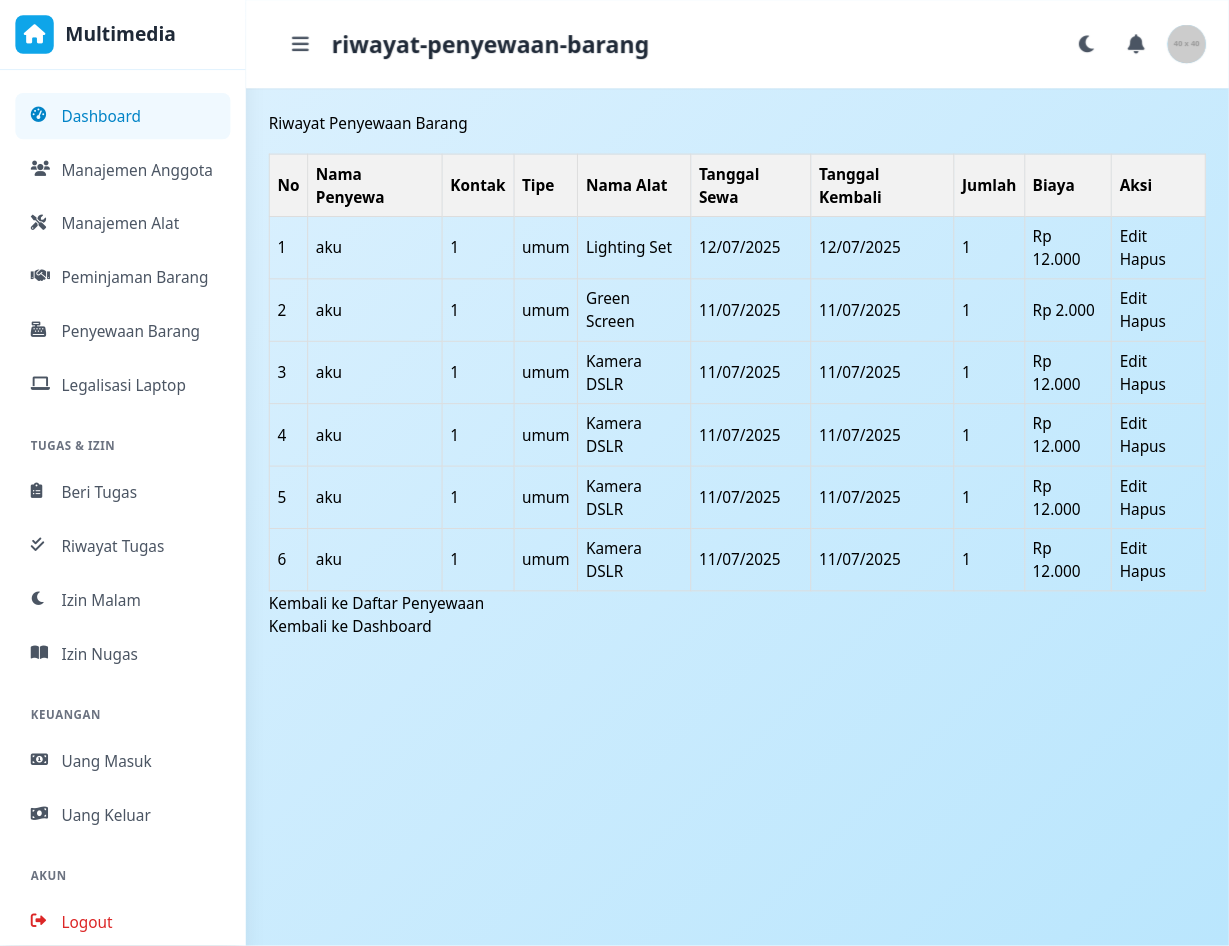
Repository: fatkquladhim/multimedia_app
Page: http://localhost/admin/penyewaan/riwayat-penyewaan-barang.php
An editor plug-in stored every save of this project. The page is shown before and after the next save, followed by the edit.
The browser window is 1280 px wide. The pictures show the whole page, at 96% of full size.
Some web libraries are served in a nearby version. The page is run by PHP 8.4 with error messages shown; the project is at /var/www/html/. The session is filled in as if someone had signed in: {"user_id": 2, "username": "asep", "role": "admin"}. Other server files are loaded and not shown. The database holds what the project's SQL file puts in it.

Above is the page before, as saved 2025-07-18 23:40:15.
Console error: TypeError: Cannot read properties of null (reading 'value')

### admin/penyewaan/riwayat-penyewaan-barang.php
<?php
session_start();
if (!isset($_SESSION['user_id']) || $_SESSION['role'] !== 'admin') {
    header('Location: ../../auth/login.php');
    exit;
}

require_once '../../includes/db_config.php';
$conn = new mysqli(DB_HOST, DB_USER, DB_PASS, DB_NAME);

// Ambil riwayat penyewaan
$query = "SELECT sb.*, a.nama as nama_anggota, al.nama_alat as nama_alat,
          CASE
              WHEN sb.tipe_penyewa = 'umum' THEN sb.nama_penyewa
              ELSE a.nama
          END as nama_penyewa,
          CASE
              WHEN sb.tipe_penyewa = 'umum' THEN sb.kontak_penyewa
              ELSE '-'
          END as kontak
          FROM penyewaan_barang sb
          LEFT JOIN anggota a ON sb.id_anggota = a.id
          LEFT JOIN alat al ON sb.id_alat = al.id
          WHERE sb.status = 'dikembalikan'
          ORDER BY sb.tanggal_kembali DESC";
$result = $conn->query($query);
include '../header.php'; // Path relatif dari 'anggota/'
?>

    <div class="container">
        <h2>Riwayat Penyewaan Barang</h2>

        <?php if (isset($_GET['status']) && isset($_GET['message'])): ?>
            <div class="alert alert-<?php echo $_GET['status'] === 'success' ? 'success' : 'danger'; ?>">
                <?php echo htmlspecialchars($_GET['message']); ?>
            </div>
        <?php endif; ?>

        <div class="table-container">
            <table>
                <thead>
                    <tr>
                        <th>No</th>
                        <th>Nama Penyewa</th>
                        <th>Kontak</th>
                        <th>Tipe</th>
                        <th>Nama Alat</th>
                        <th>Tanggal Sewa</th>
                        <th>Tanggal Kembali</th>
                        <th>Jumlah</th>
                        <th>Biaya</th>
                        <th>Aksi</th>
                    </tr>
                </thead>
                <tbody>
                    <?php
                    $no = 1;
                    while($row = $result->fetch_assoc()):
                    ?>
                    <tr>
                        <td><?php echo $no++; ?></td>
                        <td><?php echo htmlspecialchars($row['nama_penyewa']); ?></td>
                        <td><?php echo htmlspecialchars($row['kontak']); ?></td>
                        <td><?php echo htmlspecialchars($row['tipe_penyewa']); ?></td>
                        <td><?php echo htmlspecialchars($row['nama_alat']); ?></td>
                        <td><?php echo date('d/m/Y', strtotime($row['tanggal_sewa'])); ?></td>
                        <td><?php echo $row['tanggal_kembali'] ? date('d/m/Y', strtotime($row['tanggal_kembali'])) : '-'; ?></td>
                        <td><?php echo $row['jumlah']; ?></td>
                        <td>Rp <?php echo number_format($row['biaya'], 0, ',', '.'); ?></td>
                        <td>
                           <a href="edit-barang-penyewaan.php?id=<?php echo $row['id']; ?>">Edit</a>
                        <a href="hapus-penyewaan.php?id=<?php echo $row['id']; ?>"
                           onclick="return confirm('Apakah Anda yakin ingin menghapus penyewaan ini?')">Hapus</a>
                        </td>
                    </tr>
                    <?php endwhile; ?>
                </tbody>
            </table>
        </div>

        <a href="penyewaan-barang.php">Kembali ke Daftar Penyewaan</a>
        <br>
        <a href="../dashboard.php">Kembali ke Dashboard</a>
    </div>
<?php
// Sertakan footer
include '../footer.php'; // Path relatif dari 'anggota/' ke 'includes/'
$conn->close();
?>

### includes/db_config.php
<?php
// Konfigurasi database
define('DB_HOST', 'localhost');
define('DB_USER', 'root'); // ganti jika user database Anda berbeda
define('DB_PASS', '');     // ganti jika ada password database
define('DB_NAME', 'db_multimedia'); // nama database
?>

### admin/sidebar.php
    <?php
    // includes/sidebar.php
    // Pastikan session sudah dimulai di file yang meng-include ini
    // if (!isset($_SESSION['user_id']) || $_SESSION['role'] !== 'admin') {
    //     header('Location: ../auth/login.php');
    //     exit;
    // }
    ?>
    <div id="sidebar" class="w-64 bg-white dark:bg-slate-800 shadow-xl flex-shrink-0 sidebar transition-all duration-300 overflow-hidden glass-effect">
        <div class="p-4 flex items-center justify-between border-b border-light-blue-100 dark:border-slate-700">
            <div class="flex items-center space-x-3">
                <div class="w-10 h-10 bg-light-blue-500 rounded-lg flex items-center justify-center">
                    <i class="fas fa-home text-white text-xl"></i>
                </div>
                <h1 class="text-xl font-bold text-gray-800 dark:text-white">Multimedia</h1>
            </div>
            <button id="closeSidebar" class="md:hidden p-2 text-gray-500 hover:text-gray-700 dark:text-gray-400 dark:hover:text-gray-200">
                <i class="fas fa-times"></i>
            </button>
        </div>

        <nav class="mt-6 px-4">
            <div class="space-y-2">
                <a href="../dashboard.php" class="flex items-center px-4 py-3 text-light-blue-600 bg-light-blue-50 dark:bg-light-blue-900 dark:text-light-blue-300 rounded-lg sidebar-nav-item hover-scale">
                    <i class="fas fa-tachometer-alt w-5 h-5 mr-3"></i>
                    <span class="font-medium">Dashboard</span>
                </a>

                <a href="../anggota/anggota.php" class="flex items-center px-4 py-3 text-gray-600 dark:text-gray-300 hover:text-light-blue-600 dark:hover:text-light-blue-400 hover:bg-light-blue-50 dark:hover:bg-slate-700 rounded-lg sidebar-nav-item hover-scale">
                    <i class="fas fa-users w-5 h-5 mr-3"></i>
                    <span class="font-medium">Manajemen Anggota</span>
                </a>

                <a href="../daftar alat/daftar-alat.php" class="flex items-center px-4 py-3 text-gray-600 dark:text-gray-300 hover:text-light-blue-600 dark:hover:text-light-blue-400 hover:bg-light-blue-50 dark:hover:bg-slate-700 rounded-lg sidebar-nav-item hover-scale">
                    <i class="fas fa-tools w-5 h-5 mr-3"></i>
                    <span class="font-medium">Manajemen Alat</span>
                </a>

                <a href="../peminjaman/peminjaman-barang.php" class="flex items-center px-4 py-3 text-gray-600 dark:text-gray-300 hover:text-light-blue-600 dark:hover:text-light-blue-400 hover:bg-light-blue-50 dark:hover:bg-slate-700 rounded-lg sidebar-nav-item hover-scale">
                    <i class="fas fa-handshake w-5 h-5 mr-3"></i>
                    <span class="font-medium">Peminjaman Barang</span>
                </a>

                <a href="../penyewaan/penyewaan-barang.php" class="flex items-center px-4 py-3 text-gray-600 dark:text-gray-300 hover:text-light-blue-600 dark:hover:text-light-blue-400 hover:bg-light-blue-50 dark:hover:bg-slate-700 rounded-lg sidebar-nav-item hover-scale">
                    <i class="fas fa-cash-register w-5 h-5 mr-3"></i>
                    <span class="font-medium">Penyewaan Barang</span>
                </a>

                <a href="../legalisasi laptop/legalisasi_list.php" class="flex items-center px-4 py-3 text-gray-600 dark:text-gray-300 hover:text-light-blue-600 dark:hover:text-light-blue-400 hover:bg-light-blue-50 dark:hover:bg-slate-700 rounded-lg sidebar-nav-item hover-scale">
                    <i class="fas fa-laptop w-5 h-5 mr-3"></i>
                    <span class="font-medium">Legalisasi Laptop</span>
                </a>
            </div>

            <div class="mt-8 mb-4">
                <h3 class="px-4 text-xs font-semibold text-gray-500 dark:text-gray-400 uppercase tracking-wider">
                    Tugas & Izin
                </h3>
            </div>

            <div class="space-y-2">
                <a href="../beri tugas/beri_tugas_form.php" class="flex items-center px-4 py-3 text-gray-600 dark:text-gray-300 hover:text-light-blue-600 dark:hover:text-light-blue-400 hover:bg-light-blue-50 dark:hover:bg-slate-700 rounded-lg sidebar-nav-item hover-scale">
                    <i class="fas fa-clipboard-list w-5 h-5 mr-3"></i>
                    <span class="font-medium">Beri Tugas</span>
                </a>

                <a href="../beri tugas/tugas_selesai_riwayat.php" class="flex items-center px-4 py-3 text-gray-600 dark:text-gray-300 hover:text-light-blue-600 dark:hover:text-light-blue-400 hover:bg-light-blue-50 dark:hover:bg-slate-700 rounded-lg sidebar-nav-item hover-scale">
                    <i class="fas fa-check-double w-5 h-5 mr-3"></i>
                    <span class="font-medium">Riwayat Tugas</span>
                </a>

                <a href="../izin_malam/izin-malam.php" class="flex items-center px-4 py-3 text-gray-600 dark:text-gray-300 hover:text-light-blue-600 dark:hover:text-light-blue-400 hover:bg-light-blue-50 dark:hover:bg-slate-700 rounded-lg sidebar-nav-item hover-scale">
                    <i class="fas fa-moon w-5 h-5 mr-3"></i>
                    <span class="font-medium">Izin Malam</span>
                </a>

                <a href="../izin_nugas/izin-nugas.php" class="flex items-center px-4 py-3 text-gray-600 dark:text-gray-300 hover:text-light-blue-600 dark:hover:text-light-blue-400 hover:bg-light-blue-50 dark:hover:bg-slate-700 rounded-lg sidebar-nav-item hover-scale">
                    <i class="fas fa-book-open w-5 h-5 mr-3"></i>
                    <span class="font-medium">Izin Nugas</span>
                </a>
            </div>

            <div class="mt-8 mb-4">
                <h3 class="px-4 text-xs font-semibold text-gray-500 dark:text-gray-400 uppercase tracking-wider">
                    Keuangan
                </h3>
            </div>

            <div class="space-y-2">
                <a href="../uang masuk/masuk.php" class="flex items-center px-4 py-3 text-gray-600 dark:text-gray-300 hover:text-light-blue-600 dark:hover:text-light-blue-400 hover:bg-light-blue-50 dark:hover:bg-slate-700 rounded-lg sidebar-nav-item hover-scale">
                    <i class="fas fa-money-bill-alt w-5 h-5 mr-3"></i>
                    <span class="font-medium">Uang Masuk</span>
                </a>

                <a href="../uang keluar/keluar.php" class="flex items-center px-4 py-3 text-gray-600 dark:text-gray-300 hover:text-light-blue-600 dark:hover:text-light-blue-400 hover:bg-light-blue-50 dark:hover:bg-slate-700 rounded-lg sidebar-nav-item hover-scale">
                    <i class="fas fa-money-bill-wave w-5 h-5 mr-3"></i>
                    <span class="font-medium">Uang Keluar</span>
                </a>
            </div>

            <div class="mt-8 mb-4">
                <h3 class="px-4 text-xs font-semibold text-gray-500 dark:text-gray-400 uppercase tracking-wider">
                    Akun
                </h3>
            </div>

            <div class="space-y-2">
                <a href="../auth/logout.php" class="flex items-center px-4 py-3 text-red-600 dark:text-red-400 hover:text-red-700 dark:hover:text-red-300 hover:bg-red-50 dark:hover:bg-red-900 rounded-lg sidebar-nav-item hover-scale">
                    <i class="fas fa-sign-out-alt w-5 h-5 mr-3"></i>
                    <span class="font-medium">Logout</span>
                </a>
            </div>
        </nav>
    </div>

### admin/footer.php

                </main>
            </div>
        </div>
        <script>

    // Dark Mode Toggle
    const darkModeToggle = document.getElementById('darkModeToggle');
    const html = document.documentElement;

    // Check for saved theme preference or default to light mode
    const savedTheme = localStorage.getItem('theme');
    if (savedTheme === 'dark') {
        html.classList.add('dark');
    }

    darkModeToggle.addEventListener('click', () => {
        html.classList.toggle('dark');
        localStorage.setItem('theme', html.classList.contains('dark') ? 'dark' : 'light');
    });

    // Mobile Menu Toggle
    const mobileMenuToggle = document.getElementById('mobileMenuToggle');
    const sidebar = document.getElementById('sidebar');
    const sidebarOverlay = document.getElementById('sidebarOverlay');
    const closeSidebar = document.getElementById('closeSidebar');

    function toggleMobileSidebar() {
        sidebar.classList.toggle('active');
        sidebarOverlay.classList.toggle('active');
    }

    mobileMenuToggle.addEventListener('click', toggleMobileSidebar);
    closeSidebar.addEventListener('click', toggleMobileSidebar);
    sidebarOverlay.addEventListener('click', toggleMobileSidebar);

    // Desktop Sidebar Toggle
    const sidebarToggle = document.getElementById('sidebarToggle');
    const mainContentArea = document.getElementById('mainContentArea');
    let isSidebarOpen = true;

    sidebarToggle.addEventListener('click', () => {
        if (isSidebarOpen) {
            // Close sidebar
            sidebar.classList.remove('w-64');
            sidebar.classList.add('w-20');

            // Hide text content
            sidebar.querySelectorAll('span.font-medium, h3')
                .forEach(el => el.classList.add('hidden'));

            // Show only icons
            sidebar.querySelectorAll('i')
                .forEach(el => el.classList.add('mx-auto'));

            sidebarToggle.querySelector('i').classList.replace('fa-bars', 'fa-arrow-right');
        } else {
            // Open sidebar
            sidebar.classList.remove('w-20');
            sidebar.classList.add('w-64');

            // Show text content
            sidebar.querySelectorAll('span.font-medium, h3')
                .forEach(el => el.classList.remove('hidden'));

            // Reset icon alignment
            sidebar.querySelectorAll('i')
                .forEach(el => el.classList.remove('mx-auto'));

            sidebarToggle.querySelector('i').classList.replace('fa-arrow-right', 'fa-bars');
        }
        isSidebarOpen = !isSidebarOpen;
    });

    // Responsive behavior
    function handleResize() {
        if (window.innerWidth < 768) {
            // Mobile: Hide desktop sidebar toggle, show mobile menu
            sidebarToggle.classList.add('hidden');
            mobileMenuToggle.classList.remove('hidden');

            // Reset sidebar state for mobile
            sidebar.classList.remove('active');
            sidebarOverlay.classList.remove('active');
        } else {
            // Desktop: Show desktop sidebar toggle, hide mobile menu
            sidebarToggle.classList.remove('hidden');
            mobileMenuToggle.classList.add('hidden');

            // Ensure sidebar is properly positioned for desktop
            sidebar.classList.remove('active');
            sidebarOverlay.classList.remove('active');
        }
    }

    // Initial check
    handleResize();

    // Listen for resize events
    window.addEventListener('resize', handleResize);

    // Smooth scrolling for anchor links
    document.querySelectorAll('a[href^="#"]').forEach(anchor => {
        anchor.addEventListener('click', function(e) {
            e.preventDefault();
            const target = document.querySelector(this.getAttribute('href'));
            if (target) {
                target.scrollIntoView({
                    behavior: 'smooth'
                });
            }
        });
    });

    // Add loading animation to buttons
    document.querySelectorAll('button, a').forEach(element => {
        element.addEventListener('click', function() {
            if (!this.classList.contains('no-loading')) {
                this.style.opacity = '0.8';
                setTimeout(() => {
                    this.style.opacity = '1';
                }, 200);
            }
        });
    });

// penambahan untuk peminjaman dan penyewaan
    function togglePeminjam() {
            var tipe = document.getElementById('tipe_peminjam').value;
            if (tipe === 'umum') {
                document.getElementById('form_umum').style.display = 'block';
                document.getElementById('form_anggota').style.display = 'none';
                document.getElementById('nama_peminjam').required = true;
                document.getElementById('kontak_peminjam').required = true;
                document.getElementById('id_anggota').required = false;
            } else {
                document.getElementById('form_umum').style.display = 'none';
                document.getElementById('form_anggota').style.display = 'block';
                document.getElementById('nama_peminjam').required = false;
                document.getElementById('kontak_peminjam').required = false;
                document.getElementById('id_anggota').required = true;
            }
        }
        function togglePenyewa() {
            var tipe = document.getElementById('tipe_penyewa').value;
            if (tipe === 'umum') {
                document.getElementById('form_umum').style.display = 'block';
                document.getElementById('form_anggota').style.display = 'none';
                document.getElementById('nama_penyewa').required = true;
                document.getElementById('kontak_penyewa').required = true;
                document.getElementById('id_anggota').required = false;
            } else {
                document.getElementById('form_umum').style.display = 'none';
                document.getElementById('form_anggota').style.display = 'block';
                document.getElementById('nama_penyewa').required = false;
                document.getElementById('kontak_penyewa').required = false;
                document.getElementById('id_anggota').required = true;
            }
        }
        // Panggil saat halaman dimuat
        window.onload = togglePeminjam;
        </script>
    </body>
    </html>

### db_multimedia (2).sql (the tables this page reads)
CREATE TABLE `alat` (
  `id` int(11) NOT NULL,
  `nama_alat` varchar(100) NOT NULL,
  `jumlah` int(11) DEFAULT 0,
  `kondisi` varchar(50) DEFAULT NULL
) ENGINE=InnoDB DEFAULT CHARSET=utf8mb4 COLLATE=utf8mb4_general_ci;

INSERT INTO `alat` (`id`, `nama_alat`, `jumlah`, `kondisi`) VALUES
(2, 'sapu', 1, 'Baik'),
(3, 'Kamera DSLR', 1, 'Baik'),
(4, 'Tripod', 8, 'Baik'),
(5, 'Lighting Set', 1, 'Baik'),
(6, 'Microphone', 2, 'Baik'),
(7, 'Green Screen', 0, 'Baik');

ALTER TABLE `alat`
  ADD PRIMARY KEY (`id`);

ALTER TABLE `alat`
  MODIFY `id` int(11) NOT NULL AUTO_INCREMENT, AUTO_INCREMENT=9;

CREATE TABLE `anggota` (
  `id` int(11) NOT NULL,
  `nama` varchar(255) NOT NULL,
  `foto` varchar(255) NOT NULL,
  `alamat` text NOT NULL,
  `email` varchar(255) NOT NULL,
  `no_hp` varchar(15) NOT NULL,
  `id_user` int(11) NOT NULL
) ENGINE=InnoDB DEFAULT CHARSET=utf8mb4 COLLATE=utf8mb4_general_ci;

INSERT INTO `anggota` (`id`, `nama`, `foto`, `alamat`, `email`, `no_hp`, `id_user`) VALUES
(21, 'adhim1', 'Feed IG Zapen (Harlah).jpg', 'maloang', 'fatquladhim@gmail.com', '8925489', 21);

ALTER TABLE `anggota`
  ADD PRIMARY KEY (`id`),
  ADD KEY `id_user` (`id_user`);

ALTER TABLE `anggota`
  MODIFY `id` int(11) NOT NULL AUTO_INCREMENT, AUTO_INCREMENT=23;

ALTER TABLE `anggota`
  ADD CONSTRAINT `anggota_ibfk_1` FOREIGN KEY (`id_user`) REFERENCES `users` (`id`) ON DELETE CASCADE;

CREATE TABLE `penyewaan_barang` (
  `id` int(11) NOT NULL,
  `id_anggota` int(11) DEFAULT NULL,
  `id_alat` int(11) DEFAULT NULL,
  `tanggal_sewa` date DEFAULT NULL,
  `tanggal_kembali` date DEFAULT NULL,
  `jumlah` int(11) DEFAULT NULL,
  `status` enum('disewa','dikembalikan') DEFAULT 'disewa',
  `biaya` decimal(10,2) DEFAULT NULL,
  `tipe_penyewa` enum('anggota','umum') DEFAULT 'anggota',
  `nama_penyewa` varchar(100) DEFAULT NULL,
  `kontak_penyewa` varchar(50) DEFAULT NULL
) ENGINE=InnoDB DEFAULT CHARSET=utf8mb4 COLLATE=utf8mb4_general_ci;

INSERT INTO `penyewaan_barang` (`id`, `id_anggota`, `id_alat`, `tanggal_sewa`, `tanggal_kembali`, `jumlah`, `status`, `biaya`, `tipe_penyewa`, `nama_penyewa`, `kontak_penyewa`) VALUES
(1, NULL, 7, '2025-07-11', '2025-07-11', 1, 'dikembalikan', 2000.00, 'umum', 'aku', '1'),
(2, NULL, 3, '2025-07-11', '2025-07-11', 1, 'dikembalikan', 12000.00, 'umum', 'aku', '1'),
(3, NULL, 3, '2025-07-11', '2025-07-11', 1, 'dikembalikan', 12000.00, 'umum', 'aku', '1'),
(4, NULL, 3, '2025-07-11', '2025-07-11', 1, 'dikembalikan', 12000.00, 'umum', 'aku', '1'),
(5, NULL, 3, '2025-07-11', '2025-07-11', 1, 'dikembalikan', 12000.00, 'umum', 'aku', '1'),
(6, NULL, 5, '2025-07-12', '2025-07-12', 1, 'dikembalikan', 12000.00, 'umum', 'aku', '1');

ALTER TABLE `penyewaan_barang`
  ADD PRIMARY KEY (`id`),
  ADD KEY `id_anggota` (`id_anggota`),
  ADD KEY `id_alat` (`id_alat`);

ALTER TABLE `penyewaan_barang`
  MODIFY `id` int(11) NOT NULL AUTO_INCREMENT, AUTO_INCREMENT=8;

ALTER TABLE `penyewaan_barang`
  ADD CONSTRAINT `penyewaan_barang_ibfk_1` FOREIGN KEY (`id_anggota`) REFERENCES `anggota` (`id`),
  ADD CONSTRAINT `penyewaan_barang_ibfk_2` FOREIGN KEY (`id_alat`) REFERENCES `alat` (`id`);

Loaded but not shown: admin/header.php (172 lines, source omitted)

After the next save:
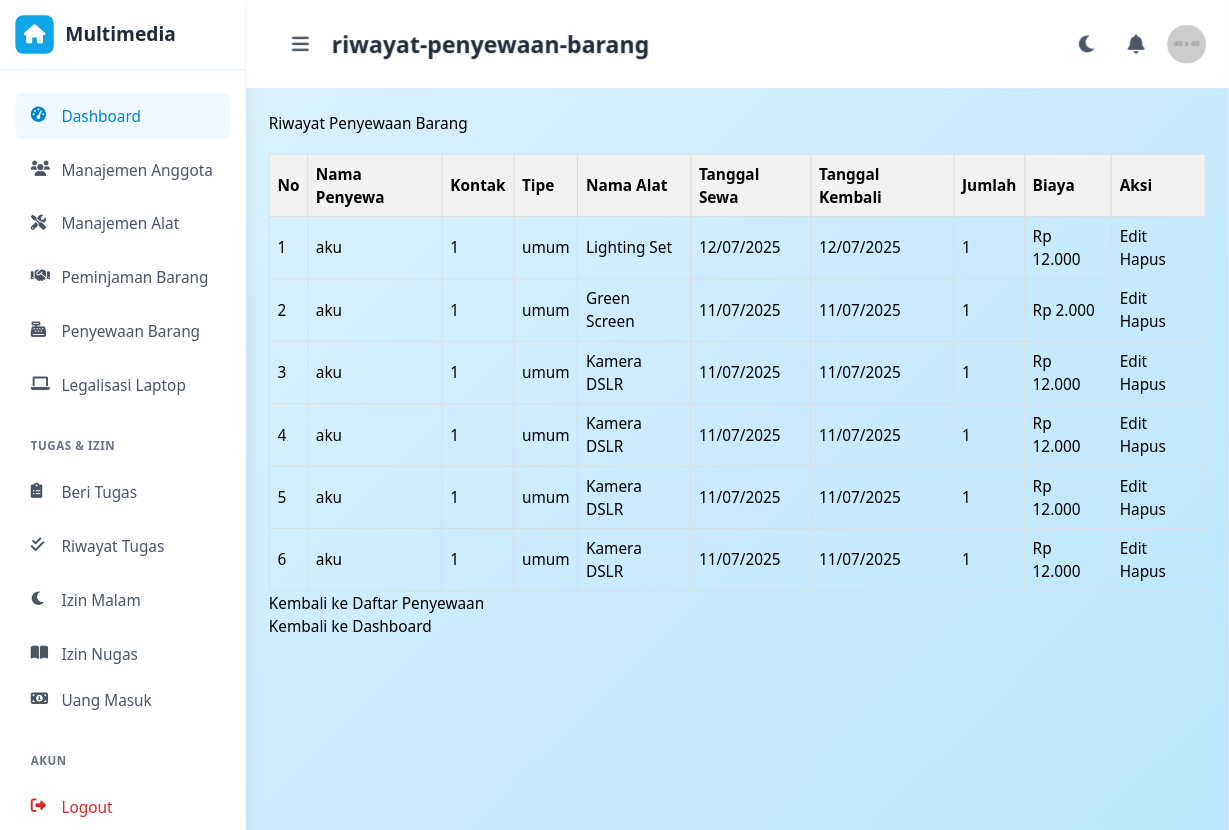
Saved 18 s later.
--- a/admin/sidebar.php
+++ b/admin/sidebar.php
@@ -80,21 +80,10 @@
                 </a>
             </div>
 
-            <div class="mt-8 mb-4">
-                <h3 class="px-4 text-xs font-semibold text-gray-500 dark:text-gray-400 uppercase tracking-wider">
-                    Keuangan
-                </h3>
-            </div>
-
             <div class="space-y-2">
-                <a href="../uang masuk/masuk.php" class="flex items-center px-4 py-3 text-gray-600 dark:text-gray-300 hover:text-light-blue-600 dark:hover:text-light-blue-400 hover:bg-light-blue-50 dark:hover:bg-slate-700 rounded-lg sidebar-nav-item hover-scale">
+                <a href="../keuangan/manage_uang.php" class="flex items-center px-4 py-3 text-gray-600 dark:text-gray-300 hover:text-light-blue-600 dark:hover:text-light-blue-400 hover:bg-light-blue-50 dark:hover:bg-slate-700 rounded-lg sidebar-nav-item hover-scale">
                     <i class="fas fa-money-bill-alt w-5 h-5 mr-3"></i>
                     <span class="font-medium">Uang Masuk</span>
-                </a>
-
-                <a href="../uang keluar/keluar.php" class="flex items-center px-4 py-3 text-gray-600 dark:text-gray-300 hover:text-light-blue-600 dark:hover:text-light-blue-400 hover:bg-light-blue-50 dark:hover:bg-slate-700 rounded-lg sidebar-nav-item hover-scale">
-                    <i class="fas fa-money-bill-wave w-5 h-5 mr-3"></i>
-                    <span class="font-medium">Uang Keluar</span>
                 </a>
             </div>
 
